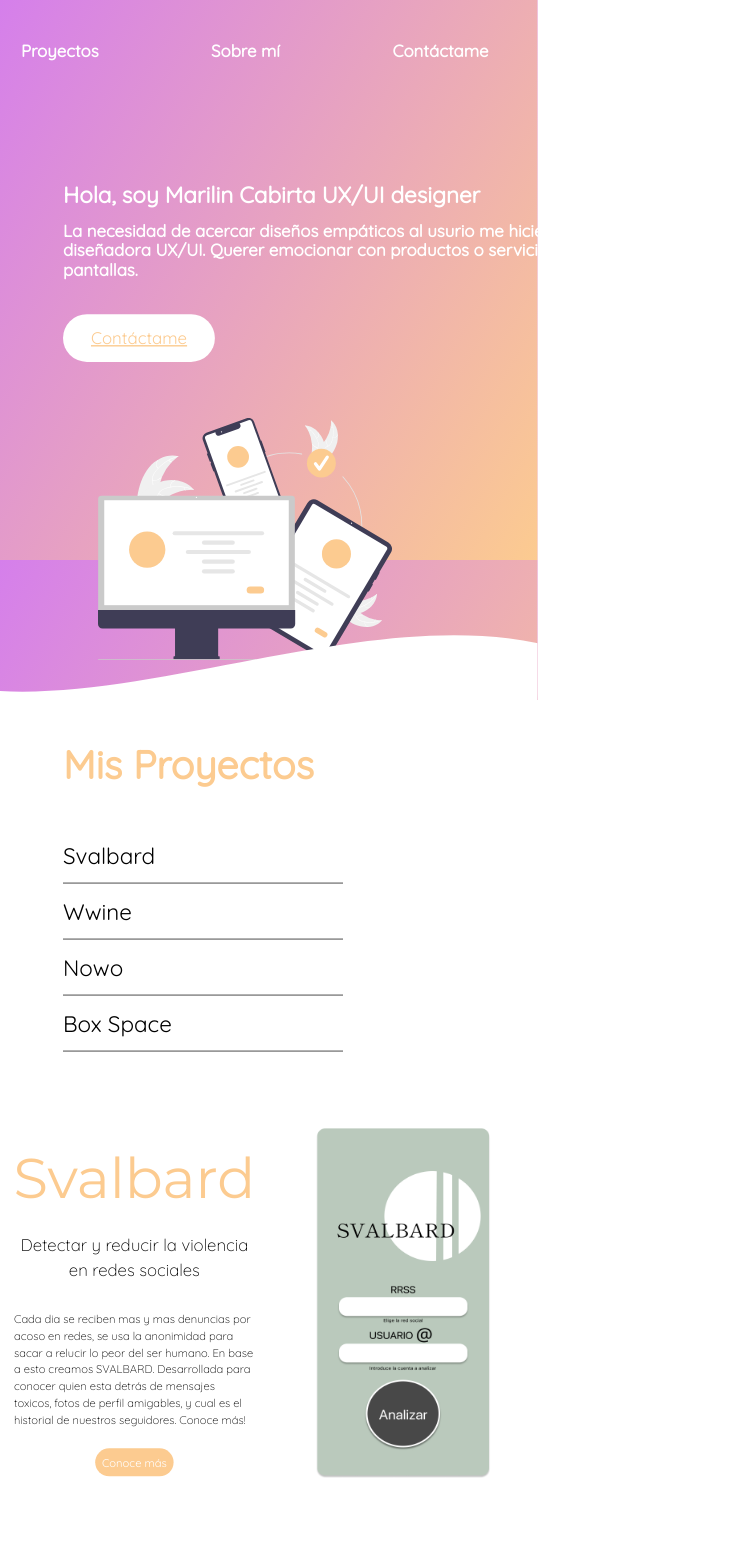
Repository: Marilyncabirta/portfolioHTML
Page: index.html
These files come from the project's save history. The page is drawn as it stood at one moment and after a run of saves; the edit follows.
The browser window is 768 px wide. The page is 1050 px wide, then 818 px, so the pictures cover 1050 px, including what lies to the right of the window. The pictures show the part of the page from y = 0 to 2240 px (the page is 4553 px tall), at 70% of full size.
Backgrounds fixed to the window are drawn as part of the page. Some web libraries are served in a nearby version.

Above is the page before, as saved 2022-12-16 13:01:50.

After the next 2 saves:
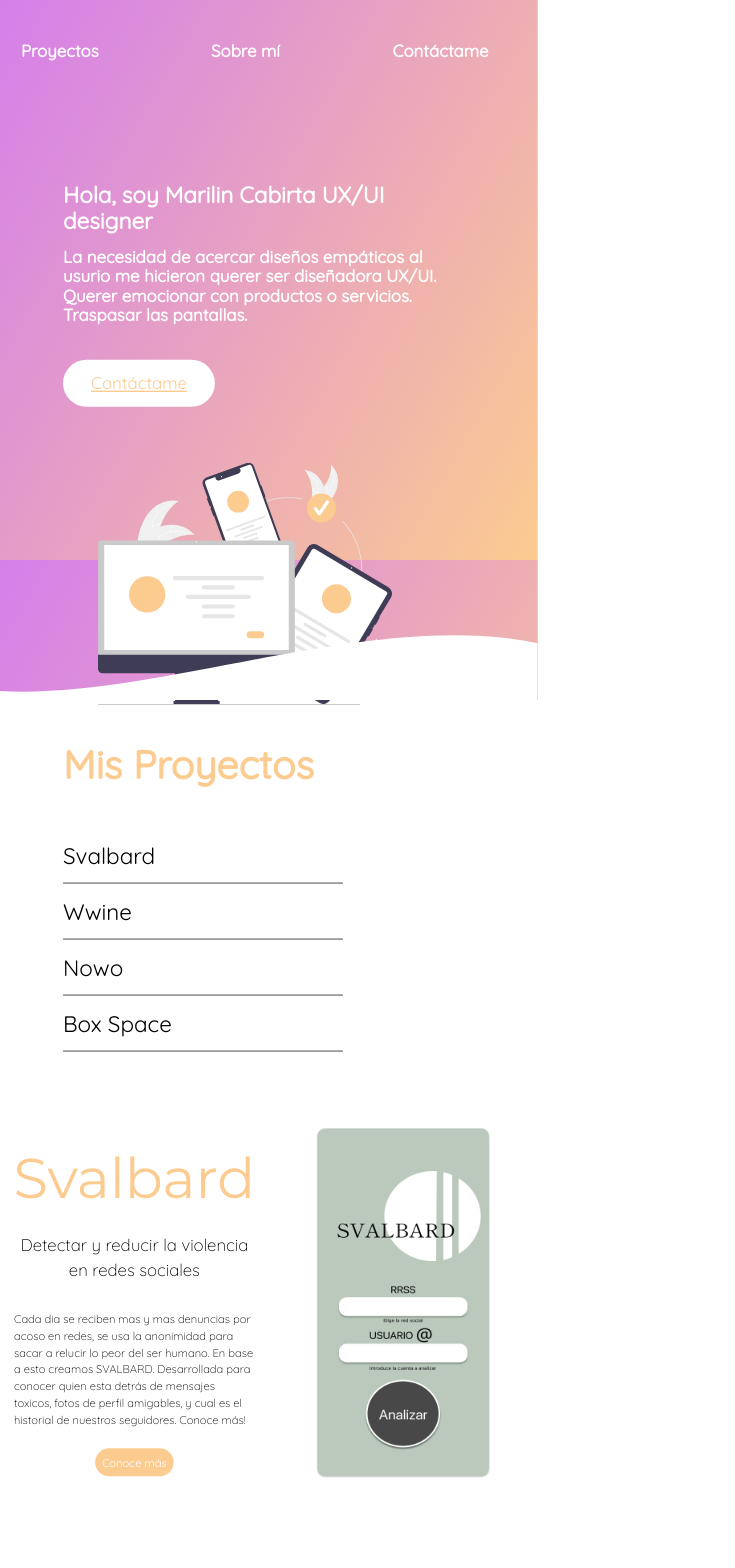
The 2 saves are shown as one change because they came seconds apart.
The last was saved 24 s later.
--- a/css/estilos.css
+++ b/css/estilos.css
@@ -356,7 +356,7 @@ text-decoration: underline;
         }
 
         .hero__contenedor{
-            width: 1000px;
+            width: 600px;
             display: grid;
             grid-template-columns: 1fr ;
             height: 100%;
